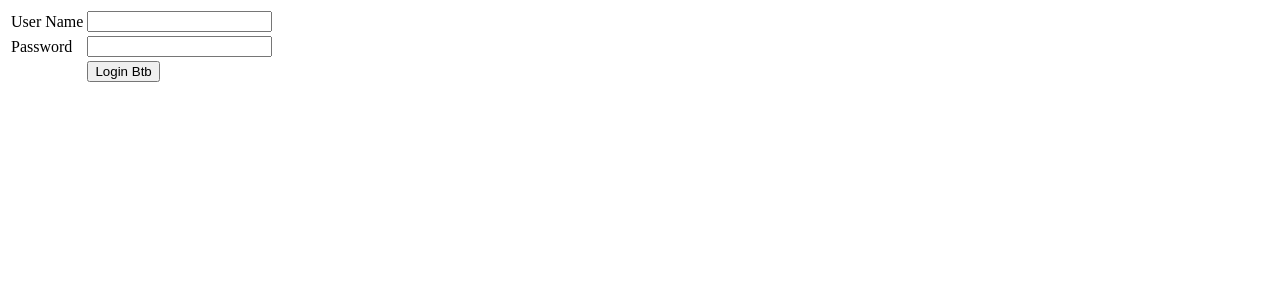
Repository: BDClaudiu/PokeGame
Page: http://localhost/MyProject/init
An editor plug-in stored every save of this project. The page is shown before and after the next save, followed by the edit.
The browser window is 1280 px wide. The pictures show the whole page.
The page is served by Tomcat 9. Other server files are loaded and not shown.

Above is the page before, as saved 2018-09-27 01:49:50.

### MyProject/WebContent/Login.jsp
<%@ page language="java" contentType="text/html; charset=ISO-8859-1"
    pageEncoding="ISO-8859-1"%>
<!DOCTYPE html PUBLIC "-//W3C//DTD HTML 4.01 Transitional//EN" "http://www.w3.org/TR/html4/loose.dtd">
<html>
<head>
<meta http-equiv="Content-Type" content="text/html; charset=ISO-8859-1">
<title>Insert title here</title>
</head>
<body>

<form method="get" action="Controller">
	<table>
		<tr>
			<td>User Name</td>
			<td> <input type="text" name="userName"> </td>
		</tr>
		<tr>
			<td>Password</td>
			<td> <input type="password" name="passwordText"> </td>
		</tr>
		<tr>
			<td></td>
			<td> <input type="submit" value="Login Btb" name="toAccount"> </td>
		</tr>
	</table>
</form>

</body>
</html>

### MyProject/src/main/Main.java
package main;

import java.io.IOException;
import javax.servlet.ServletException;
import javax.servlet.annotation.WebServlet;
import javax.servlet.http.HttpServlet;
import javax.servlet.http.HttpServletRequest;
import javax.servlet.http.HttpServletResponse;

/**
 * Servlet implementation class Main
 */
@WebServlet("/init")
public class Main extends HttpServlet {
	private static final long serialVersionUID = 1L;


    public Main() {
        super();
    }

	// Main Class, first forward you do when you load the application
	protected void doGet(HttpServletRequest request, HttpServletResponse response) throws ServletException, IOException {
		request.getRequestDispatcher("/Login.jsp").forward(request,response);

	}

}

After the next save:
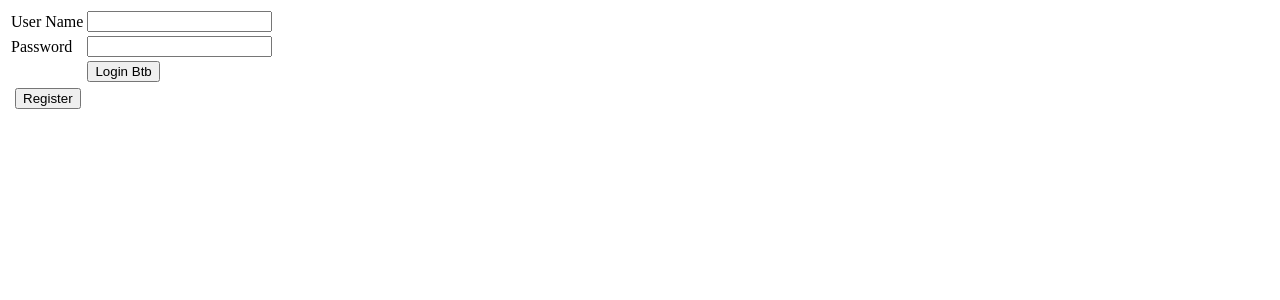
Saved 2 days later.
--- a/MyProject/WebContent/Login.jsp
+++ b/MyProject/WebContent/Login.jsp
@@ -25,5 +25,16 @@
 	</table>
 </form>
 
+
+<form method="get" action="Controller">
+	<table>
+		<tr>
+			<td></td>
+			<td> <input type="submit" value="Register" name="toAccount"> </td>
+		</tr>
+	</table>
+</form>
+
+
 </body>
 </html>
